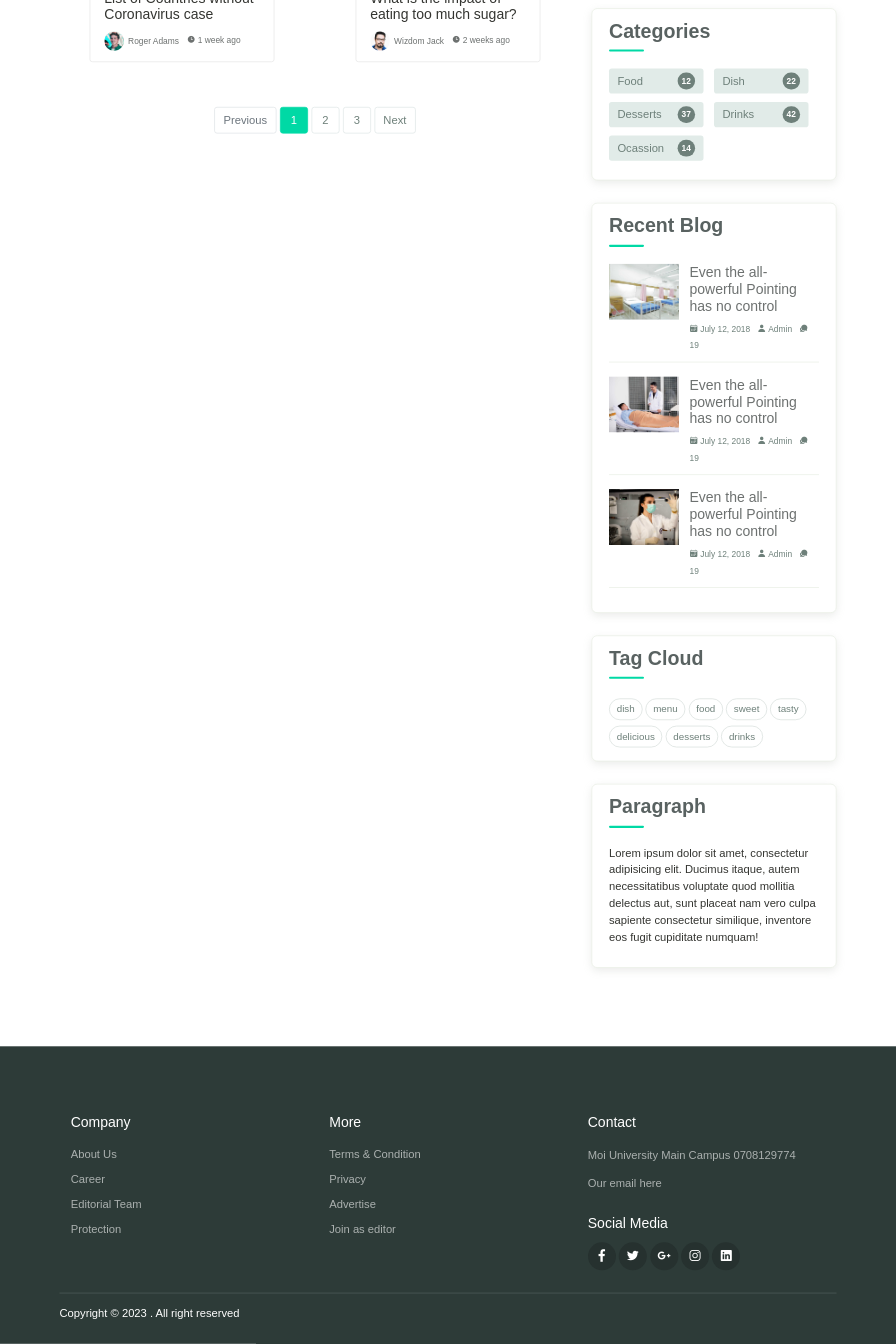
Repository: profbkmurage/myWeb
Page: html/blog.html
An editor plug-in stored every save of this project. The page is shown before and after the next save, followed by the edit.
The browser window is 1280 px wide. The pictures show the part of the page from y = 674 to 2594 px (the page is 2594 px tall before and 1509 px after), at 70% of full size.

Above is the page before, as saved 2023-12-11 14:18:37.

### html/blog.html
<!DOCTYPE html>
<html lang="en">
<head>
  <meta charset="UTF-8">
  <meta name="viewport" content="width=device-width, initial-scale=1.0">

  <meta http-equiv="X-UA-Compatible" content="ie=edge">

  <title>M&M Website</title>

  <link rel="stylesheet" href="../assets/css/maicons.css">

  <link rel="stylesheet" href="../assets/css/bootstrap.css">

  <link rel="stylesheet" href="../assets/vendor/owl-carousel/css/owl.carousel.css">

  <link rel="stylesheet" href="../assets/vendor/animate/animate.css">

  <link rel="stylesheet" href="../assets/css/theme.css">
</head>
<body>

  <!-- Back to top button -->
  <div class="back-to-top"></div>

  <header>
    <div class="topbar">
      <div class="container">
        <div class="row">
          <div class="col-sm-8 text-sm">
            <div class="site-info">
              <a href="tel:0745755893" ><span class="mai-call text-primary"></span> +254745755893</a>
              <span class="divider">|</span>
              <a href="#"><span class="mai-mail text-primary"></span> pnjoroge@gmail.com</a>
            </div>
          </div>
          <div class="col-sm-4 text-right text-sm">
            <div class="social-mini-button">
              <a href="#"><span class="mai-logo-facebook-f"></span></a>
              <a href="#"><span class="mai-logo-twitter"></span></a>
              <a href="#"><span class="mai-logo-dribbble"></span></a>
              <a href="#"><span class="mai-logo-instagram"></span></a>
            </div>
          </div>
        </div> <!-- .row -->
      </div> <!-- .container -->
    </div> <!-- .topbar -->

    <nav class="navbar navbar-expand-lg navbar-light shadow-sm">
      <div class="container">
        <a class="navbar-brand" href="#"><span class="text-primary">P And</span> Associates Media</a>

        <!-- <form action="#">
          <div class="input-group input-navbar">
            <div class="input-group-prepend">
              <span class="input-group-text" id="icon-addon1"><span class="mai-search"></span></span>
            </div>
            <input type="text" class="form-control" placeholder="Enter keyword.." aria-label="Username" aria-describedby="icon-addon1">
          </div>
        </form> -->

        <button class="navbar-toggler" type="button" data-toggle="collapse" data-target="#navbarSupport" aria-controls="navbarSupport" aria-expanded="false" aria-label="Toggle navigation">
          <span class="navbar-toggler-icon"></span>
        </button>

        <div class="collapse navbar-collapse" id="navbarSupport">
          <ul class="navbar-nav ml-auto">
            <li class="nav-item active">
              <a class="nav-link" href="index.html">Home</a>
            </li>
            <li class="nav-item">
              <a class="nav-link" href="about.html">About Us</a>
            </li>
            <!-- <li class="nav-item">
              <a class="nav-link" href="work.html">Our work</a>
            </li> -->
            <li class="nav-item">
              <a class="nav-link" href="blog.html">News</a>
            </li>
            <li class="nav-item">
              <a class="nav-link" href="contact.html">Contact</a>
            </li>
            <!-- <li class="nav-item">
              <a class="btn btn-primary ml-lg-3" href="#">Login / Register</a>
            </li> -->
          </ul>
        </div> <!-- .navbar-collapse -->
      </div> <!-- .container -->
    </nav>
  </header>

  <div class="page-banner overlay-dark bg-image" style="background-image: url(../assets/img/landing.jpg);">
    <div class="banner-section">
      <div class="container text-center wow fadeInUp">
        <nav aria-label="Breadcrumb">
          <ol class="breadcrumb breadcrumb-dark bg-transparent justify-content-center py-0 mb-2">
            <li class="breadcrumb-item"><a href="index.html">Home</a></li>
            <li class="breadcrumb-item active" aria-current="page">Blog</li>
          </ol>
        </nav>
        <h1 class="font-weight-normal">News</h1>
      </div> <!-- .container -->
    </div> <!-- .banner-section -->
  </div> <!-- .page-banner -->

  <div class="page-section">
    <div class="container">
      <div class="row">
        <div class="col-lg-8">
          <div class="row">
            <div class="col-sm-6 py-3">
              <div class="card-blog">
                <div class="header">
                  <div class="post-category">
                    <a href="#">Covid19</a>
                  </div>
                  <a href="blog-details" class="post-thumb">
                    <img src="../assets/img/blog/blog_1.jpg" alt="">
                  </a>
                </div>
                <div class="body">
                  <h5 class="post-title"><a href="blog-details.html">List of Countries without Coronavirus case</a></h5>
                  <div class="site-info">
                    <div class="avatar mr-2">
                      <div class="avatar-img">
                        <img src="../assets/img/person/person_1.jpg" alt="">
                      </div>
                      <span>Roger Adams</span>
                    </div>
                    <span class="mai-time"></span> 1 week ago
                  </div>
                </div>
              </div>
            </div>

            <div class="col-sm-6 py-3">
              <div class="card-blog">
                <div class="header">
                  <div class="post-category">
                    <a href="#">Dental</a>
                  </div>
                  <a href="blog-details" class="post-thumb">
                    <img src="../assets/img/blog/blog_3.jpg" alt="">
                  </a>
                </div>
                <div class="body">
                  <h5 class="post-title"><a href="blog-details.html">What is the impact of eating too much sugar?</a></h5>
                  <div class="site-info">
                    <div class="avatar mr-2">
                      <div class="avatar-img">
                        <img src="../assets/img/person/person_4.jpg" alt="">
                      </div>
                      <span>Wizdom Jack</span>
                    </div>
                    <span class="mai-time"></span> 2 weeks ago
                  </div>
                </div>
              </div>
            </div>

            <div class="col-12 my-5">
              <nav aria-label="Page Navigation">
                <ul class="pagination justify-content-center">
                  <li class="page-item disabled">
                    <a class="page-link" href="#" tabindex="-1" aria-disabled="true">Previous</a>
                  </li>
                  <li class="page-item active" aria-current="page">
                    <a class="page-link" href="#">1 <span class="sr-only">(current)</span></a>
                  </li>
                  <li class="page-item">
                    <a class="page-link" href="#">2</a>
                  </li>
                  <li class="page-item"><a class="page-link" href="#">3</a></li>
                  <li class="page-item">
                    <a class="page-link" href="#">Next</a>
                  </li>
                </ul>
              </nav>
            </div>
          </div> <!-- .row -->
        </div>
        <div class="col-lg-4">
          <div class="sidebar">
            <div class="sidebar-block">
              <h3 class="sidebar-title">Search</h3>
              <form action="#" class="search-form">
                <div class="form-group">
                  <input type="text" class="form-control" placeholder="Type a keyword and hit enter">
                  <button type="submit" class="btn"><span class="icon mai-search"></span></button>
                </div>
              </form>
            </div>
            <div class="sidebar-block">
              <h3 class="sidebar-title">Categories</h3>
              <ul class="categories">
                <li><a href="#">Food <span>12</span></a></li>
                <li><a href="#">Dish <span>22</span></a></li>
                <li><a href="#">Desserts <span>37</span></a></li>
                <li><a href="#">Drinks <span>42</span></a></li>
                <li><a href="#">Ocassion <span>14</span></a></li>
              </ul>
            </div>

            <div class="sidebar-block">
              <h3 class="sidebar-title">Recent Blog</h3>
              <div class="blog-item">
                <a class="post-thumb" href="">
                  <img src="../assets/img/blog/blog_1.jpg" alt="">
                </a>
                <div class="content">
                  <h5 class="post-title"><a href="#">Even the all-powerful Pointing has no control</a></h5>
                  <div class="meta">
                    <a href="#"><span class="mai-calendar"></span> July 12, 2018</a>
                    <a href="#"><span class="mai-person"></span> Admin</a>
                    <a href="#"><span class="mai-chatbubbles"></span> 19</a>
                  </div>
                </div>
              </div>
              <div class="blog-item">
                <a class="post-thumb" href="">
                  <img src="../assets/img/blog/blog_2.jpg" alt="">
                </a>
                <div class="content">
                  <h5 class="post-title"><a href="#">Even the all-powerful Pointing has no control</a></h5>
                  <div class="meta">
                    <a href="#"><span class="mai-calendar"></span> July 12, 2018</a>
                    <a href="#"><span class="mai-person"></span> Admin</a>
                    <a href="#"><span class="mai-chatbubbles"></span> 19</a>
                  </div>
                </div>
              </div>
              <div class="blog-item">
                <a class="post-thumb" href="">
                  <img src="../assets/img/blog/blog_3.jpg" alt="">
                </a>
                <div class="content">
                  <h5 class="post-title"><a href="#">Even the all-powerful Pointing has no control</a></h5>
                  <div class="meta">
                    <a href="#"><span class="mai-calendar"></span> July 12, 2018</a>
                    <a href="#"><span class="mai-person"></span> Admin</a>
                    <a href="#"><span class="mai-chatbubbles"></span> 19</a>
                  </div>
                </div>
              </div>
            </div>

            <div class="sidebar-block">
              <h3 class="sidebar-title">Tag Cloud</h3>
              <div class="tagcloud">
                <a href="#" class="tag-cloud-link">dish</a>
                <a href="#" class="tag-cloud-link">menu</a>
                <a href="#" class="tag-cloud-link">food</a>
                <a href="#" class="tag-cloud-link">sweet</a>
                <a href="#" class="tag-cloud-link">tasty</a>
                <a href="#" class="tag-cloud-link">delicious</a>
                <a href="#" class="tag-cloud-link">desserts</a>
                <a href="#" class="tag-cloud-link">drinks</a>
              </div>
            </div>

            <div class="sidebar-block">
              <h3 class="sidebar-title">Paragraph</h3>
              <p>Lorem ipsum dolor sit amet, consectetur adipisicing elit. Ducimus itaque, autem necessitatibus voluptate quod mollitia delectus aut, sunt placeat nam vero culpa sapiente consectetur similique, inventore eos fugit cupiditate numquam!</p>
            </div>
          </div>
        </div>
      </div> <!-- .row -->
    </div> <!-- .container -->
  </div> <!-- .page-section -->

   <footer class="page-footer">
    <div class="container">
      <div class="row px-md-3">
        <div class="col-sm-6 col-lg-4 py-3">
          <h5>Company</h5>
          <ul class="footer-menu">
            <li><a href="#">About Us</a></li>
            <li><a href="#">Career</a></li>
            <li><a href="#">Editorial Team</a></li>
            <li><a href="#">Protection</a></li>
          </ul>
        </div>
        <div class="col-sm-6 col-lg-4 py-3">
          <h5>More</h5>
          <ul class="footer-menu">
            <li><a href="#">Terms & Condition</a></li>
            <li><a href="#">Privacy</a></li>
            <li><a href="#">Advertise</a></li>
            <li><a href="#">Join as editor</a></li>
          </ul>
        </div>
        <!-- <div class="col-sm-6 col-lg-3 py-3">
          <h5>Our partner</h5>
          <ul class="footer-menu">
            <li><a href="#">One-Fitness</a></li>
            <li><a href="#">One-Drugs</a></li>
            <li><a href="#">One-Live</a></li>
          </ul>
        </div> -->
        <div class="col-sm-6 col-lg-4 py-3">
          <h5>Contact</h5>
          <p class="footer-link mt-2">Moi University Main Campus</p>
          <a href="#" class="footer-link">0708129774</a>
          <a href="#" class="footer-link">Our email here</a>

          <h5 class="mt-3">Social Media</h5>
          <div class="footer-sosmed mt-3">
            <a href="#" target="_blank"><span class="mai-logo-facebook-f"></span></a>
            <a href="#" target="_blank"><span class="mai-logo-twitter"></span></a>
            <a href="#" target="_blank"><span class="mai-logo-google-plus-g"></span></a>
            <a href="#" target="_blank"><span class="mai-logo-instagram"></span></a>
            <a href="#" target="_blank"><span class="mai-logo-linkedin"></span></a>
          </div>
        </div>
      </div>

      <hr>

      <p id="copyright">Copyright &copy; 2023 . All right reserved</p>
    </div>
  </footer>

<script src="../assets/js/jquery-3.5.1.min.js"></script>

<script src="../assets/js/bootstrap.bundle.min.js"></script>

<script src="../assets/vendor/owl-carousel/js/owl.carousel.min.js"></script>

<script src="../assets/vendor/wow/wow.min.js"></script>

<script src="../assets/js/theme.js"></script>

</body>
</html>

Loaded but not shown: assets/css/bootstrap.css (library); assets/vendor/owl-carousel/css/owl.carousel.css (library); assets/vendor/animate/animate.css (library); assets/js/jquery-3.5.1.min.js (library); assets/js/bootstrap.bundle.min.js (library); assets/vendor/owl-carousel/js/owl.carousel.min.js (library); assets/vendor/wow/wow.min.js (library); assets/js/theme.js (65 lines, source omitted); assets/css/maicons.css (2634 lines, source omitted); assets/css/theme.css (1836 lines, source omitted)

After the next save:
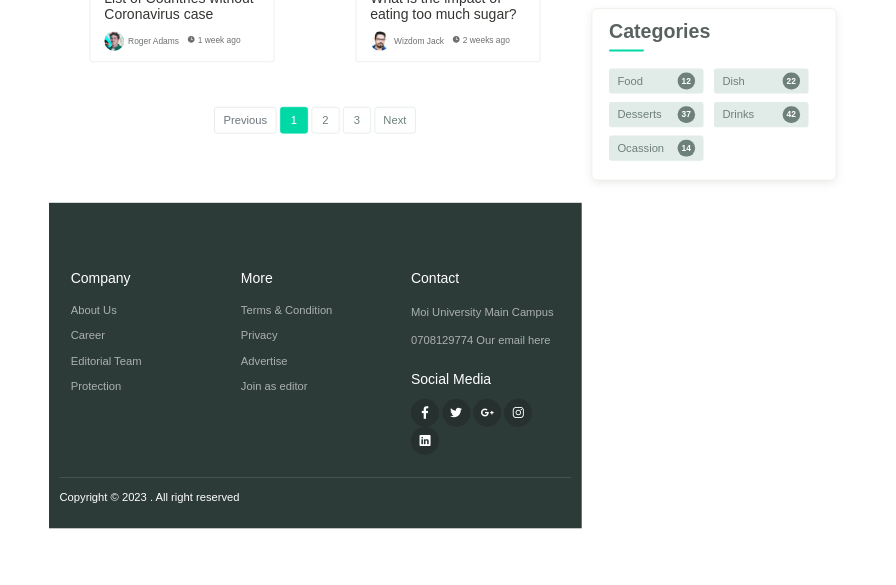
Saved 116 s later.
--- a/html/blog.html
+++ b/html/blog.html
@@ -201,7 +201,7 @@
               </ul>
             </div>
 
-            <div class="sidebar-block">
+            <!-- <div class="sidebar-block">
               <h3 class="sidebar-title">Recent Blog</h3>
               <div class="blog-item">
                 <a class="post-thumb" href="">
@@ -264,7 +264,7 @@
             </div>
           </div>
         </div>
-      </div> <!-- .row -->
+      </div> .row -->
     </div> <!-- .container -->
   </div> <!-- .page-section -->
 
